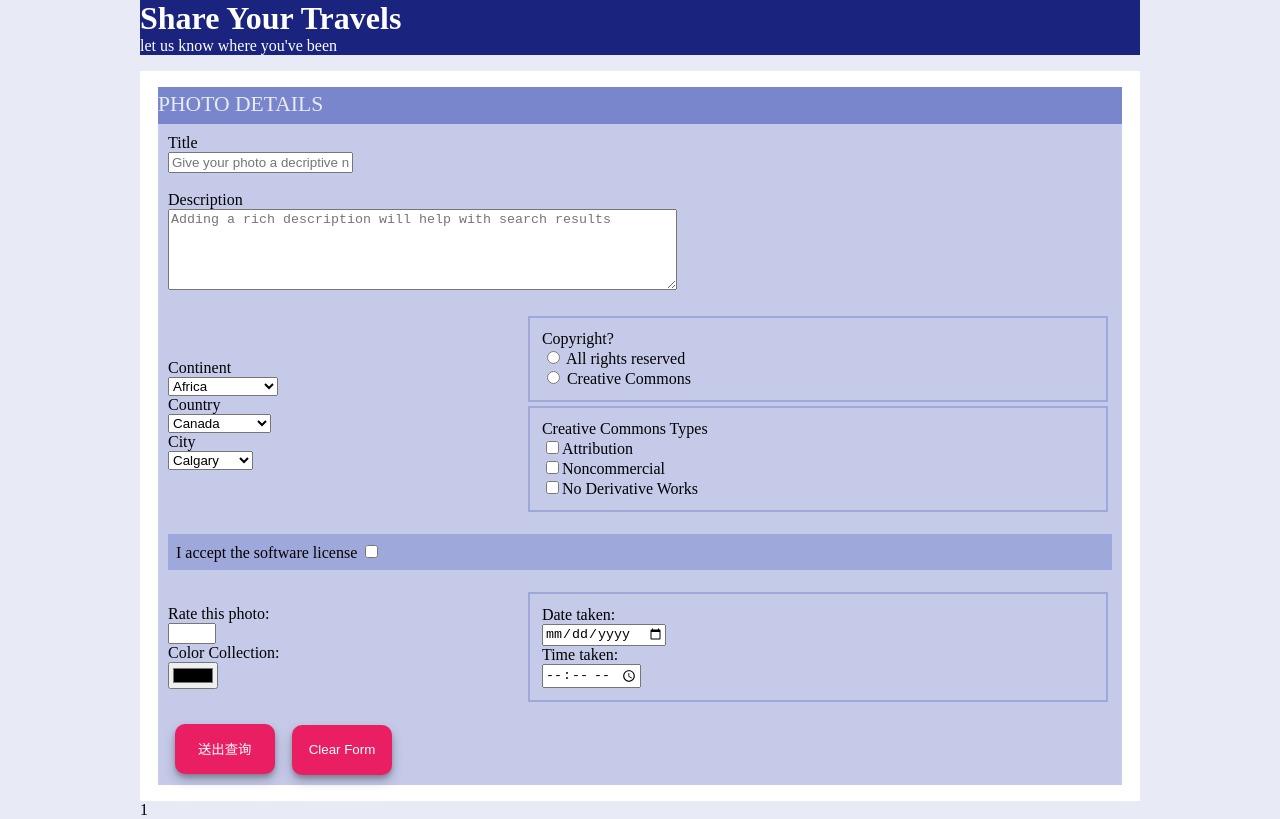
Repository: thomasTAT/UM
Page: cisc3003/CISC3003-EclipseWS-Practices-2023/CISC3003-Practice04-2023FEB17/public/cisc3003-practice04.html
An editor plug-in stored every save of this project. The page is shown before and after a run of saves, followed by the edit.
The browser window is 1280 px wide. The pictures show the whole page.

Above is the page before, as saved 2023-02-24 01:50:46.

### cisc3003/CISC3003-EclipseWS-Practices-2023/CISC3003-Practice04-2023FEB17/public/cisc3003-practice04.html
<!DOCTYPE html>
<html lang="en">

<head>
    <meta charset="utf-8">
    <title>CISC3003: Practice 04</title>
    <link rel="stylesheet" href="css/reset.css">
    <link rel="stylesheet" href="css/cisc3003-practice04.css">
</head>

<body>
    <header>
        <h1>Share Your Travels</h1>
        <p>let us know where you've been</p>
    </header>
    <main>
        <section>
            <h2 style="display: none">This is a form</h2>
            <form action="process.php">
                <fieldset>
                    <legend>Photo Details</legend>
                    <table>
                        <tr>
                            <td colspan="2">
                                <label for="title">Title</label>
                                <br>
                                <input type="text" name="title" id="title"
                                    placeholder="Give your photo a decriptive name">
                            </td>
                        </tr>
                        <tr>
                            <td colspan="2">
                                <label for="description"> Description </label>
                                <br>
                                <textarea id="description" name="description" rows="5" cols="61"
                                    placeholder="Adding a rich description will help with search results"></textarea>
                            </td>
                        </tr>
                        <tr>
                            <td>
                                <label for="continent">Continent</label>
                                <br>
                                <select name="continent" id="continent">
                                    <option value="africa">Africa</option>
                                    <option value="asia">Asia</option>
                                    <option value="eu">Europe</option>
                                    <option value="NA">North America</option>
                                    <option value="SA">South America</option>
                                </select>
                                <br>
                                <label for="country">Country</label>
                                <br>
                                <select name="country" id="country">
                                    <option value="canada">Canada</option>
                                    <option value="mexico">Mexico</option>
                                    <option value="united-states">United States</option>
                                </select>
                                <br>
                                <label for="city">City</label>
                                <br>
                                <select name="city" id="city">
                                    <option value="calgary">Calgary</option>
                                    <option value="montreal">Montreal</option>
                                    <option value="toronto">Toronto</option>
                                    <option value="vancouver">Vancouver</option>
                                </select>
                                <br>
                            </td>
                            <td>
                                <div class="border">
                                    <label>Copyright?</label>
                                    <br>
                                    <input type="radio" name="reserved" id="reserved" value="reserved">
                                    <label for="reserved">All rights reserved</label>
                                    <br>
                                    <input type="radio" name="commons" id="commons" value="commons">
                                    <label for="commons">Creative Commons</label>
                                    <br>
                                </div>
                                <div class="border">
                                    <label>Creative Commons Types</label>
                                    <br>
                                    <input type="checkbox" name="cc[]" value="1">Attribution
                                    <br>
                                    <input type="checkbox" name="cc[]" value="2">Noncommercial
                                    <br>
                                    <input type="checkbox" name="cc[]" value="3">No Derivative
                                    Works <br>
                                </div>
                            </td>
                        </tr>
                        <tr>
                            <td colspan="2">
                                <div class="background">
                                    I accept the software license
                                    <input type="checkbox" name="accept-license" value="1">
                                </div>
                            </td>
                        </tr>
                        <tr>
                            <td>
                                <label for="rate">Rate this photo: </label>
                                <br>
                                <input type="number" min="1" max="5" name="rate" id="rate">
                                <br>
                                <label for="color">Color Collection:</label>
                                <br>
                                <input type="color" name="color" id="color">
                                <br>
                            </td>
                            <td>
                                <div class="border">
                                    <label for="date">Date taken:</label>
                                    <br>
                                    <input type="date" name="date" id="date">
                                    <br>
                                    <label for="time">Time taken:</label>
                                    <br>
                                    <input type="time" name="time" id="time">
                                    <br>
                                </div>
                            </td>
                        </tr>
                        <tr>
                            <td colspan="2">
                                <div class="stripe">
                                    <input type="submit" value="送出查询" class="rounded">
                                    <input type="reset" value="Clear Form" class="rounded">
                                </div>
                            </td>
                        </tr>
                    </table>
                </fieldset>
            </form>
        </section>
    </main>
</body>
1
</html>

### cisc3003/CISC3003-EclipseWS-Practices-2023/CISC3003-Practice04-2023FEB17/public/css/reset.css
html, body, header, footer, hgroup, nav, main, article, section, figure, figcaption, h1, h2, h3, ul, li, body, div, p, img
{
   margin: 0;
   padding: 0;
   font-size: 100%;
   vertical-align: baseline;
   border: 0;
}

### cisc3003/CISC3003-EclipseWS-Practices-2023/CISC3003-Practice04-2023FEB17/public/css/cisc3003-practice04.css
header {
    background-color: #1a237e;
    color: white
}

main {
    background-color: white;
    margin-top:1em;
    padding: 1em;

}

body {
    background-color: #e8eaf6;
    max-width: 1000px;
    margin-left: auto;
    margin-right: auto;
}

h1 {
    font-size: 2rem;
}

header p {
    font-size: 1rem;
}

fieldset {
    background-color: #c5cae9;
    border: none;
    padding: 0;
}

legend {
    font-size: 1.35rem;
    background-color: #7986cb;
    height: 1.7rem;
    color: #e8eaf6;
    text-transform: uppercase;
    width: 100%;
    margin: 0;
    padding: 5px 0;
}

.background {
    background-color: #9fa8da;
    padding: 0.5em;
}

table td {
    padding: 0.5em;
}
form table {
    width: 100%;
    padding: 0 !important;
  }
.border {
    border: 2px solid #9fa8da;
    margin: 0.25em;
    padding: 0.75em;
}
.rounded {
    color: white;
    background-color: #e91e63;
    border: 0;
    border-radius: 10px;
    width: 100px;
    height: 50px;
    margin: 0 0.5em 0 0.5em;
    box-shadow: 0 6px 12px 0 rgba(0, 0, 0, 0.24), 0 3px 4px 0 rgba(0, 0, 0, 0.19);
  }

After the next 2 saves:
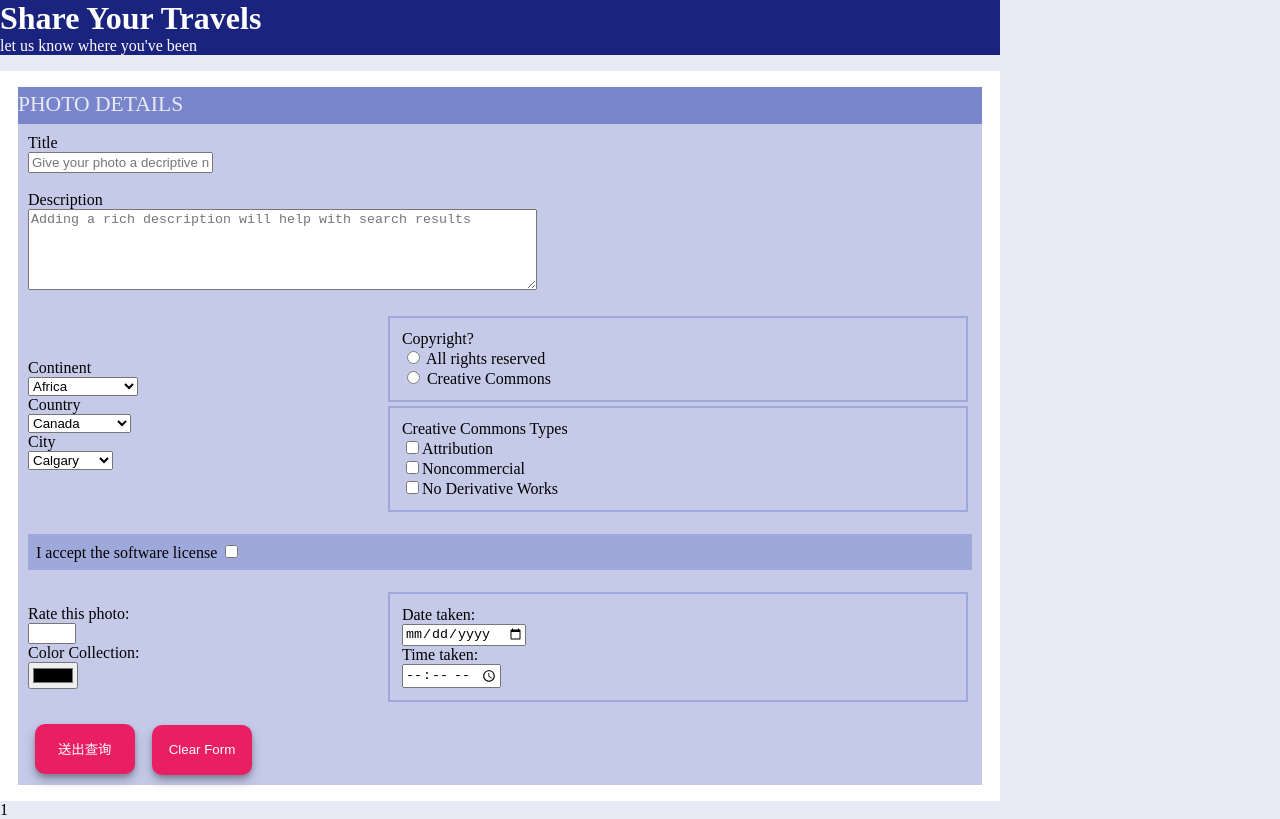
The 2 saves are shown as one change because they came seconds apart.
The last was saved 101 s later.
--- a/cisc3003/CISC3003-EclipseWS-Practices-2023/CISC3003-Practice04-2023FEB17/public/css/cisc3003-practice04.css
+++ b/cisc3003/CISC3003-EclipseWS-Practices-2023/CISC3003-Practice04-2023FEB17/public/css/cisc3003-practice04.css
@@ -13,8 +13,7 @@ main {
 body {
     background-color: #e8eaf6;
     max-width: 1000px;
-    margin-left: auto;
-    margin-right: auto;
+
 }
 
 h1 {
